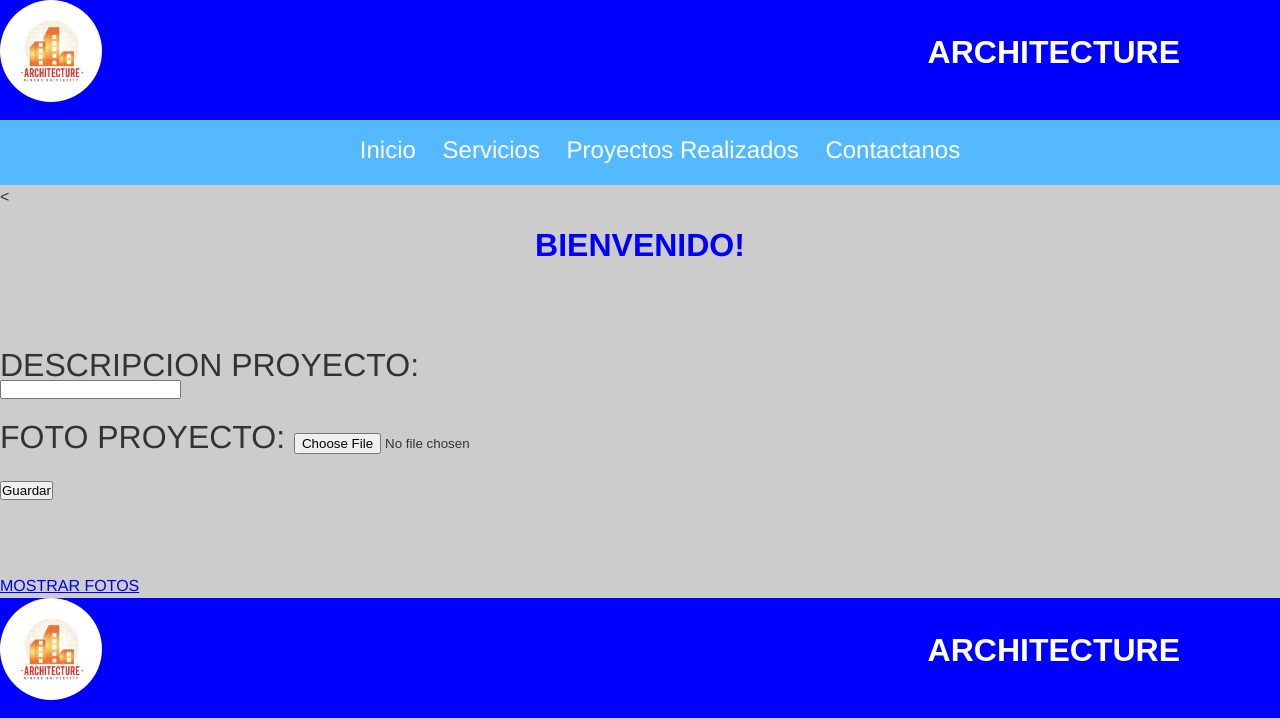
Repository: gabrielestrella18/htdocs
Page: http://localhost/arquitectos/control.php
These files come from the project's save history. The page is drawn as it stood at one moment and after the next save; the edit follows.
The browser window is 1280 px wide. The pictures show the whole page.
The page is run by PHP 8.4 with error messages shown; the project is at /var/www/html/.

Above is the page before, as saved 2023-12-11 01:03:10.

### arquitectos/control.php
<!DOCTYPE html>
<html lang="en">
  <head>
    <title></title>
    <meta charset="UTF-8">
    <meta name="viewport" content="width=device-width, initial-scale=1">
    <link href="estilo.css" rel="stylesheet">
  </head>
  <body>

<?php

include  "arriba.php"
?>

<?php
include "menu.php"
?>
<
<br><br>

<h5>BIENVENIDO!</h5>
<br><br><br>

<div class="ancho">
      <Form  id="form1" name="form1" method="post" action="recibir.php" enctype="multipart/form-data">

        <br>
        <P class="descri">DESCRIPCION PROYECTO: </P>
<div>
  <input type="text" name="descripcion" id="descripcion" required />
  <br><br>
</div>

<p>FOTO PROYECTO: <input type="file" name="imagen"/> </p>
<br>

<div>
<button type="submit" name="guardarfoto" id="guardarfoto">Guardar</button>

</div>

<br><br>

      </Form>
      </div>
      <br>
<div class="alinear" >
  <a href="mostrar-solo-datos.php" id="mostrar">MOSTRAR FOTOS</a>
</div>


    </div>


<?php
include "abajo.php"
?>


  </body>
</html>

### arquitectos/arriba.php
<div class="azul">
  <img  class="lg"src="imagenes/arch.jpg" alt="">

  <h1>ARCHITECTURE</h1>
</div>

### arquitectos/menu.php
<div class="menu">
<div class="menuOpciones">
            <a href="index.php">Inicio</a>
            <a href="servicios.php">Servicios</a>
            <a href="proyectos.php">Proyectos Realizados</a>
            <a href="contactos.php">Contactanos</a>
            </div>

</div>

### arquitectos/abajo.php

<div class="azul">
  <img  class="lg"src="imagenes/arch.jpg" alt="">

  <h1>ARCHITECTURE</h1>
</div>

### arquitectos/estilo.css
* {
    box-sizing: border-box;
    margin: 0;
    padding: 0;
}

body {
    font-family: helvetica;
    font-size: 16px;
    line-height: 24px;
    color: #333;
    background-color: #cccccc;
    max-width: 1400px;
}

.azul {
    background-color: blue;
    padding-bottom: 120px;
}

.lg {
    float: left;
    width: 8%;
    height: 8%;
    border-radius: 80px;
}

h1 {
    color: white;
    float: right;
    font-family: sans-serif;
    text-align: end;
    padding-top: 40px;
    padding-right: 100px;
}

.menu {
    border: 1px #54b9ff solid;
    background-color: #54b9ff;
    height: 65px;
}

.menuOpciones {
    padding-top: 12px;
    text-align: center;
    margin-top: 5px;
    padding-left: 40px;
    font-size: x-large;
}

.menuOpciones a {
    text-decoration: none;
    color: white;
    padding: 10px;
}

.menuOpciones a:hover {
    color: #373b39;
    background-color: #0afc83;
    padding-top: 16px;
    padding-bottom: 21px;
}

.contenedor_fondo {
    width: 1350px;
    height: 600px;
    margin: auto;
    background-image: url(imagenes/fondoarq.jpg);
    background-repeat: no-repeat;
    background-size: cover;
}

.textofoto {
    color: rgb(7, 2, 2);
    margin: auto;
    text-align: center;
    line-height: 35px;
    padding-top: 200px;
    font-size: x-large;
}

.video {
    text-align: center;
    background-color: #373b39;
    border-radius: 100px;
    width: 700px;
    margin: auto;
    padding-top: 40px;
    padding-bottom: 40px;
}

.botoncito {
    text-align: center;
}

.boton1 {
    color: #ece80f;
    background-color: #ce1111;
    padding-top: 20px;
    padding-bottom: 20px;
    padding-left: 10px;
    padding-right: 10px;
    border-radius: 20px;
    text-decoration: none;
}

h3 {
    text-align: center;
}

.serv {
    background-color: #ece80f;
    padding-top: 20px;
    padding-bottom: 20px;
    padding-left: 10px;
    padding-right: 10px;
    border-radius: 20px;
}

.ser {
    padding-left: 450px;
    padding-right: 450px;
}

p {
    font-weight: 400px;
    font-size: xx-large;
}

.text {
    text-align: center;
}

.caja1 {
    float: left;
    padding-left: 150px;
    padding-top: 60px;
}

.caja2 {
    float: right
}

.plan {
    width: 70%;
    height: 70%;
}

.rojo {
    color: rgb(255, 0, 0);
    font-weight: 800;
}

.text {
    color: black;
    font-size: large;
}

.caja3 {
    float: right;
    padding-right: 200px;
    padding-top: 120px;
}

.caja4 {
    float: left;
}

.co {
    padding-left: 100px;
    width: 600px;
    height: 320px;
}

.caja5 {
    float: left;
    padding-left: 150px;
    padding-top: 60px;
}

.caja6 {
    float: right;
    padding-right: 200px;
}

.re {
    width: 450px;
    height: 300px;
}

.display {
    display: inline-block;
    width: 1350px;
}

.mira {
    text-align: center;
    display: inline-block;
    width: 700px;
}

.ubica {
    display: inline-block;
    width: 600px;
    text-align: center;
    padding-left: 150px;
}

.ubi {
    width: 600px;
    height: 300px;
}

.boton2 {
    color: #ece80f;
    background-color: #ce1111;
    padding-top: 20px;
    padding-bottom: 20px;
    padding-left: 10px;
    padding-right: 10px;
    border-radius: 20px;
    text-decoration: none;
}

.rapi {
    color: rgb(243, 243, 248);
    font-family: 'Franklin Gothic Medium';
    font-size: large;
    background-color: rgb(68, 67, 66);
    border-radius: 20px;
    padding-top: 10px;
    padding-bottom: 10px;
    display: inline-block;
    padding-left: 10px;
    padding-right: 10px;
}

.cuadrado {
    border: 4px #eaeaea solid;
    background-color: #eaeaea;
    padding: 6px 50px;
}

.campos {
    border-radius: 20px;
    border: 1px #999 solid;
    padding: 7px;
    width: 400px;
    /* para que se separen */
    margin-left: 20px;
}

.boton3 {
    padding: 5px 10px;
    margin-left: 35px;
    color: #f0dbdb;
    background-color: #ff5454;
    border-radius: 20px;
    padding-top: 18px;
    padding-bottom: 18px;
    padding-left: 20px;
    padding-right: 20px;
}

.boton3:hover {
    background-color: #38065a;
    color: white;
}

.boton4 {
    padding: 5px 10px;
    background-color: aqua;
    border-radius: 20px;
    padding-top: 18px;
    padding-bottom: 18px;
    padding-left: 20px;
    padding-right: 20px;
}

.boton4:hover {
    background-color: #aaff0b;
    color: white;
}

.centro {
    text-align: center;
}

.contenedor2 {
    width: 1350px;
    height: 700px;
    margin: auto;
    background-image: url(imagenes/muchos.gif);
    background-repeat: no-repeat;
    background-size: cover;
}

h4 {
    color: blue;
    text-align: center;
    font-size: xx-large;
}

.admi {
    text-align: center;
}

.ad {
    color: white;
    background-color: rgb(46, 42, 42);
    border-radius: 20px;
    padding-top: 10px;
    padding-bottom: 10px;
    padding-left: 10px;
    padding-right: 10px;
}

h5 {
    color: blue;
    text-align: center;
    font-size: xx-large;
}

#proy {
    color: white;
    background-color: rgb(5, 5, 48);
    border-radius: 20px;
    padding-top: 10px;
    padding-bottom: 10px;
    padding-left: 10px;
    padding-right: 10px;
    text-decoration: none;
}

.alin {
    display: inline-block;
    width: 600px;
    text-align: center;
}

.lateral {
    display: inline-block;
    width: 1300px;
}

.mueble {
    display: inline-block;
    width: 600px;
}

.mueb {
    width: 70%;
    height: 90%;
}

.ancho {
    width: 900px;
}

After the next save:
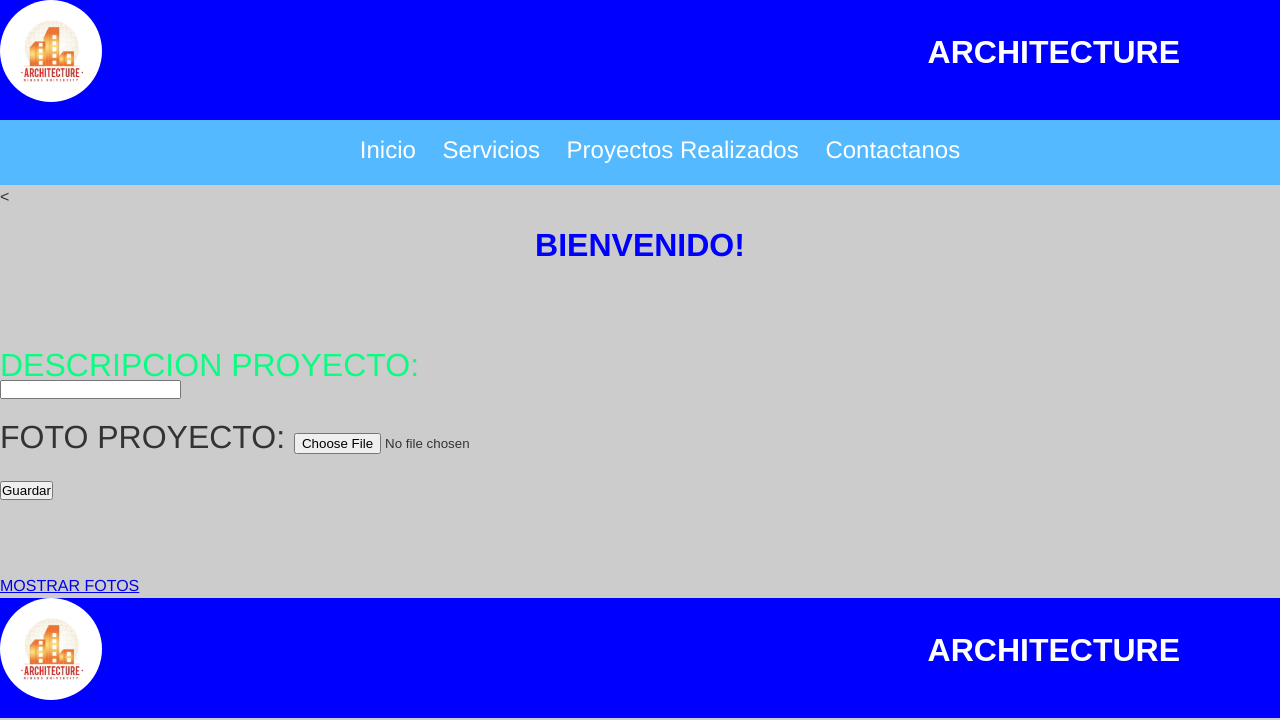
Saved 35 s later.
--- a/arquitectos/estilo.css
+++ b/arquitectos/estilo.css
@@ -356,3 +356,7 @@ h5 {
 .ancho {
     width: 900px;
 }
+
+.descri {
+    color: #0afc83;
+}
